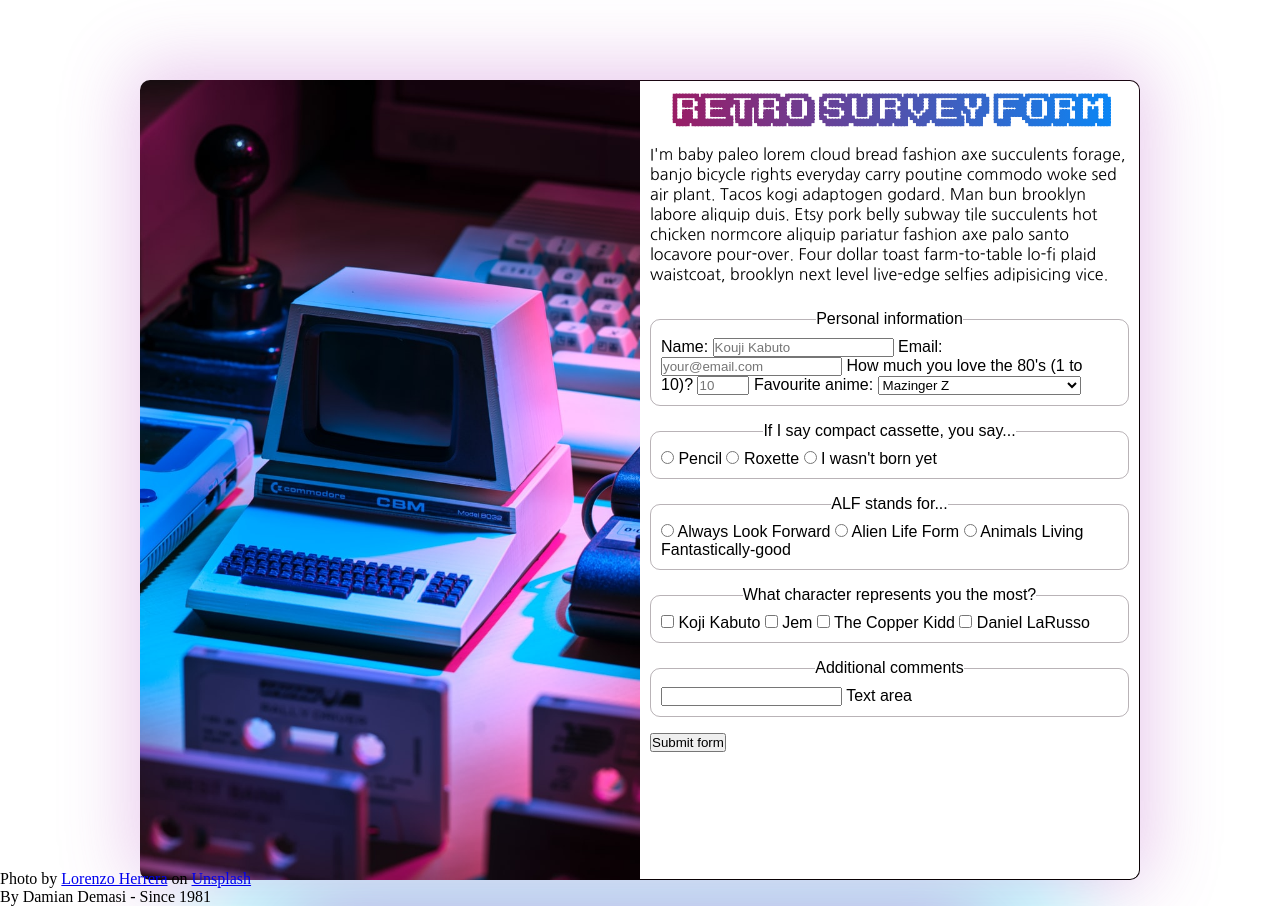
Repository: Colo-Codes/freecodecamp-02-Build-a-Survey-Form
Page: index.html
The author's editor kept a copy of each file at every save. The page is drawn from the files as they stood at one save, then again after the next save.
The browser window is 1280 px wide. The pictures show the whole page.

Above is the page before, as saved 2021-05-18 17:44:38.

After the next save:
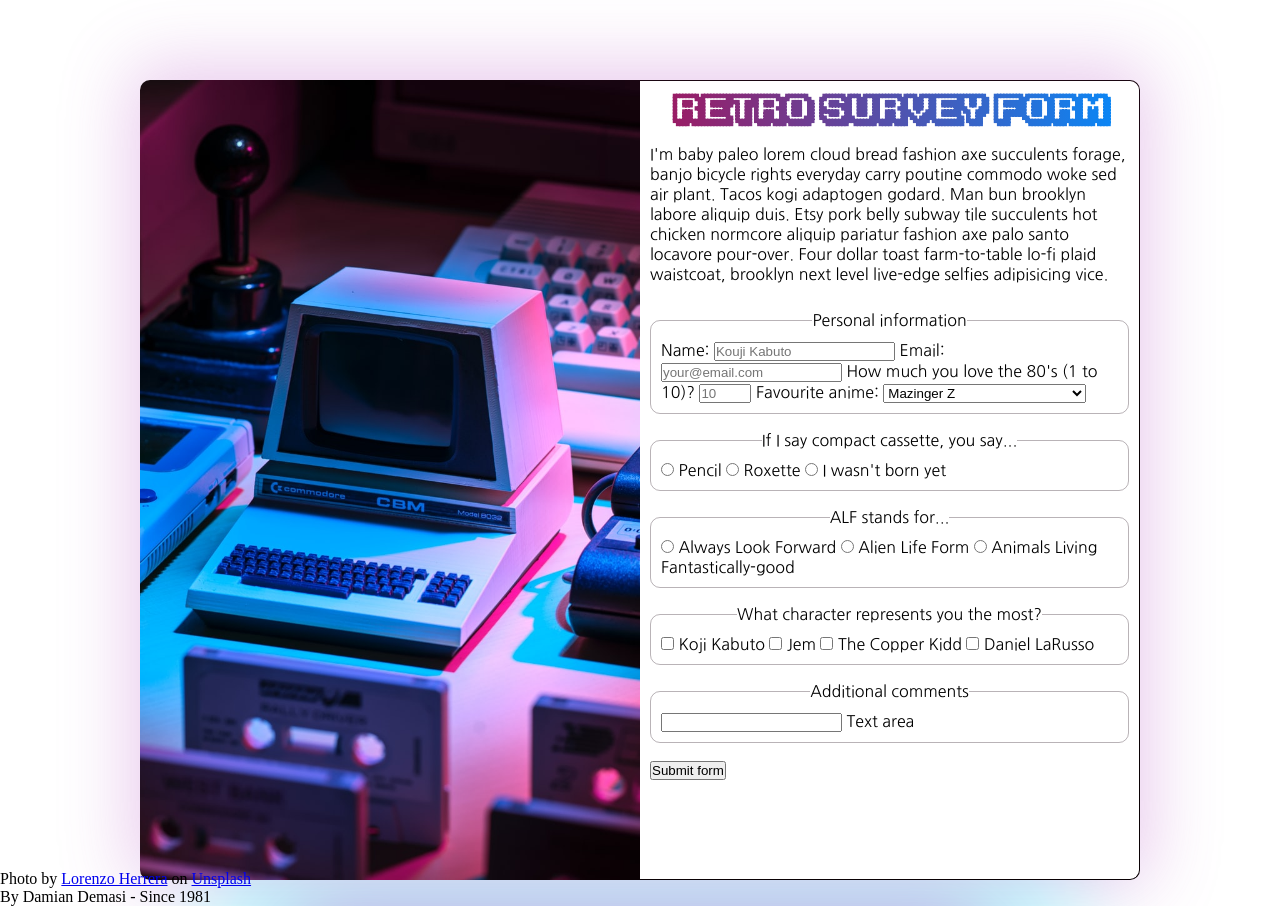
Saved 25 s later.
--- a/resources/css/index.css
+++ b/resources/css/index.css
@@ -55,7 +55,7 @@ section {
 /* Form */
 form {
     margin: 10px;
-    font-family: sans-serif;
+    font-family: 'Nanum Gothic', sans-serif;
 }
 h1 {
     margin-top: 10px;
